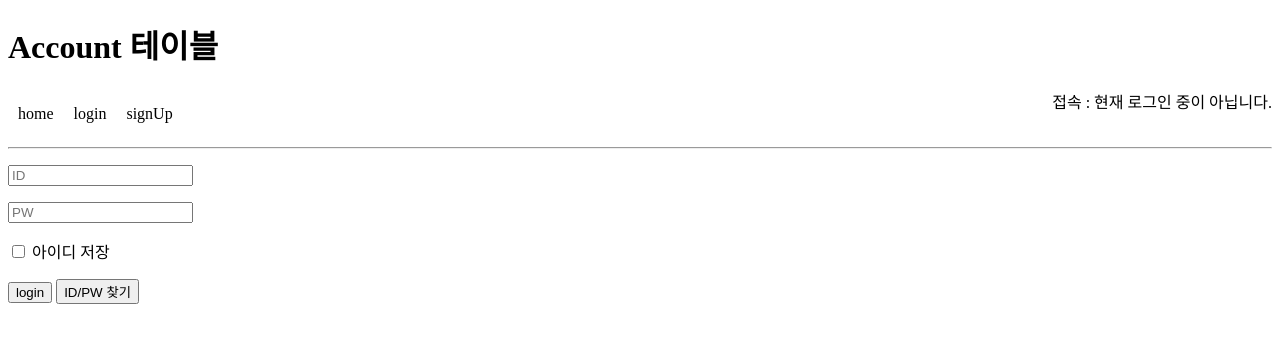
Repository: ChimmyWorld/JSP
Page: http://localhost/Day49/account/login.jsp
The author's editor kept a copy of each file at every save. The page is drawn from the files as they stood at one save, then again after the next save.
The browser window is 1280 px wide. The pictures show the whole page.
The page is served by Tomcat 9.

Above is the page before, as saved 2023-09-21 02:28:58.

### Day49/WebContent/account/login.jsp
<%@ page language="java" contentType="text/html; charset=UTF-8"
    pageEncoding="UTF-8"%>
<%@ include file="header.jsp" %>

<%
	Cookie[] cs = request.getCookies();

	String userid, save;
	userid = save = "";

	if (cs != null){
		for (int i=0; i <cs.length; i++) {
			switch(cs[i].getName()) {
			case "userid": userid = cs[i].getValue(); break;
			case "save": save = cs[i].getValue(); break;
	}
		}
	}
%>

<article>
	<form action="loginPro.jsp" method="POST">
		<p><input name="userid" placeholder="ID" value="<%=userid %>" required></p>
		<p><input name="userpw" type="password" placeholder="PW" required></p>
		<p>
			<input id= "save" name="save" type="checkbox" <%=save %>>
			<label for="save">아이디 저장</label>
		</p>

		<button>login</button>
		<a href="find.jsp">
			<button type="button">ID/PW 찾기</button>
		</a>
	</form>
</article>


</body>
</html>

### Day49/WebContent/account/header.jsp
<%@page import="beans.AccountVO"%>
<%@ page language="java" contentType="text/html; charset=UTF-8"
    pageEncoding="UTF-8"%>
<!DOCTYPE html>
<html>
<head>
<meta charset="UTF-8">
<title>Day49</title>

<link rel="stylesheet" href="../css/style.css">

</head>
<body>
	<jsp:useBean id="dao" class="model.AccountDAO"/>

	<%
		AccountVO user = (AccountVO) session.getAttribute("user");

		String login = "logout";
		String myPage = "myPage";

		if (user == null) { // Null 예외 방지
			user = new AccountVO();
			user.setNick("현재 로그인 중이 아닙니다.");

			login = "login";
			myPage= "";
		}

	%>

	<h1>Account 테이블</h1>

	<nav>
		<ul class="menu">
			<li><a href="home.jsp">home</a></li>
			<li><a href="<%=login %>.jsp"><%=login %></a></li>
			<li><a href="signUp.jsp">signUp</a></li>
			<li><a href="<%=myPage %>.jsp"><%=myPage %></a></li>
		</ul>

		<div>
			접속 : <%=user.getNick() %>
		</div>
	</nav>

	<hr>
</body>
</html>

### Day49/src/model/DAO.java
package model;

import java.sql.Connection;
import java.sql.DriverManager;
import java.sql.PreparedStatement;
import java.sql.ResultSet;
import java.sql.SQLException;
import java.sql.Statement;

public class DAO {
	protected String driver = "oracle.jdbc.driver.OracleDriver";
	protected String url = "jdbc:oracle:thin:@192.168.1.100:1521:xe";
	protected String user = "c##itbank";
	protected String password = "it";

	protected Connection conn;
	protected Statement stmt;
	protected PreparedStatement pstmt;
	protected ResultSet rs;

	public DAO() {
		try {
			Class.forName(driver);
		} catch (ClassNotFoundException e ) {
			System.out.println("생성자 예외 : " +  e.getMessage());
		}
	}
	public void close() {
		try {
			if (rs != null) rs.close();
			if (stmt != null) stmt.close();
			if (pstmt != null) pstmt.close();
			if (conn != null) conn.close();

		}catch(Exception e) {}
	}

	public String test() {
		String sql = "select banner from v$version";

		try {
			conn = DriverManager.getConnection(url, user, password);
			stmt = conn.createStatement();
			rs = stmt.executeQuery(sql);

			rs.next();

			return rs.getString("banner");

		} catch (SQLException e) {
			System.out.println("test 예외 발생: " + e.getMessage());
		} finally {
			close();
		}
		return null;
	}

}

### Day49/src/model/AccountDAO.java
package model;

import java.sql.DriverManager;
import java.sql.ResultSet;
import java.sql.SQLException;
import java.util.ArrayList;
import java.util.List;

import beans.AccountVO;

public class AccountDAO extends DAO{

	private AccountVO mapper(ResultSet rs) throws SQLException {
		AccountVO row = new AccountVO();

		row.setIdx(rs.getInt("idx"));
		row.setEmail(rs.getString("email"));
		row.setNick(rs.getString("nick"));
		row.setUserid(rs.getString("userid"));
		row.setUserpw(rs.getString("userpw"));
		row.setJoin_date(rs.getDate("join_date"));

		return row;
	}

	public List<AccountVO> selectAll() {
		String sql = "select * from account order by idx desc";

		try {
			conn = DriverManager.getConnection(url, user, password);
			stmt = conn.createStatement();
			rs = stmt.executeQuery(sql);

			List<AccountVO> list = new ArrayList<>();

			while (rs.next()) {
				AccountVO row = mapper(rs);
				list.add(row);
			}

			return list;
		} catch (SQLException e ) {
			System.err.println("selectAll 예외:" +  e.getMessage());
		} finally {
			close();
		}

		return null;
	}

	public AccountVO selectOne(AccountVO input){
		String sql = "select * "
				+ "from account where "
				+ "userid = ? "
				+ "and userpw = ?";



		try {
			conn = DriverManager.getConnection(url, user, password);
			pstmt = conn.prepareStatement(sql);

			pstmt.setString(1, input.getUserid());
			pstmt.setString(2, input.getUserpw());
			//set 자료형 (index, 데이터);

			rs = pstmt.executeQuery();
			rs.next();

			AccountVO row = mapper(rs);

			return row;

		} catch (SQLException e) {
			System.err.println("selectOne 예외:" + e.getMessage());
		} finally {
			close();
		}


		return null;
	}

	public int insert(AccountVO acc) {
		String sql = "insert into account values(default, "
				+ "?, ?, ?, ? , default) ";

		try {
			conn = DriverManager.getConnection(url, user, password);
			pstmt = conn.prepareStatement(sql);

			pstmt.setString(1, acc.getUserid());
			pstmt.setString(2, acc.getUserpw());
			pstmt.setString(3, acc.getNick());
			pstmt.setString(4, acc.getEmail());

			int row = pstmt.executeUpdate();

			return row;
		} catch (SQLException e) {
			System.err.println("insert 예외 발생" + e.getMessage());
		} finally {
			close();
		}

		return 0;
	}

	public int delete(int idx) {
		try {
			String sql = "delete from account where idx = ?";

			conn = DriverManager.getConnection(url, user, password);
			pstmt = conn.prepareStatement(sql);

			pstmt.setInt(1, idx);
			int row = pstmt.executeUpdate();

			return row;

		} catch (SQLException e ) {
			System.err.println("delete 예외 " + e.getMessage());
		} finally {
			close();
		}

		return 0;
	}

	public int update(AccountVO input) {

		String sql = "update account "
						+ "set "
							+ "userpw = ?, email = ? "
						+ "where idx = ?";

		try {
			conn = DriverManager.getConnection(url, user, password);
			pstmt = conn.prepareStatement(sql);

			pstmt.setString(1, input.getUserpw());
			pstmt.setString(2, input.getEmail());
			pstmt.setInt(3, input.getIdx());

			return pstmt.executeUpdate();

		} catch (SQLException e) {
			System.out.println("update 예외 : " + e.getMessage());

		} finally {
			close();
		}

		return 0;
	}
}

### Day49/src/beans/AccountVO.java
package beans;
/*
 IDX       NOT NULL NUMBER
USERID    NOT NULL VARCHAR2(20)
USERPW    NOT NULL VARCHAR2(20)
NICK      NOT NULL VARCHAR2(100)
EMAIL     NOT NULL VARCHAR2(100)
JOIN_DATE          DATE
 */

import java.sql.Date;

public class AccountVO {
	private int idx;
	private String userid;
	private String userpw;
	private String nick;
	private String Email;
	private Date join_date;
	public int getIdx() {
		return idx;
	}
	public void setIdx(int idx) {
		this.idx = idx;
	}
	public String getUserid() {
		return userid;
	}
	public void setUserid(String userid) {
		this.userid = userid;
	}
	public String getUserpw() {
		return userpw;
	}
	public void setUserpw(String userpw) {
		this.userpw = userpw;
	}
	public String getNick() {
		return nick;
	}
	public void setNick(String nick) {
		this.nick = nick;
	}
	public String getEmail() {
		return Email;
	}
	public void setEmail(String email) {
		Email = email;
	}
	public Date getJoin_date() {
		return join_date;
	}
	public void setJoin_date(Date join_date) {
		this.join_date = join_date;
	}





}

### Day49/WebContent/css/style.css
@charset "UTF-8";
a{
	color: inherit;
	text-decoration: none;
}
nav {
	display: flex;
	justify-content: space-between;
}
.menu {
	list-style: none;
	padding: 0;
	display: flex;
}
.menu > li {
	margin: 0 10px;
}
.accounts{
	border-collapse: collapse;
}
.accounts th, .accounts td {
	border: 1px solid #a0a0a0;
	padding: 5px 10px;
}

After the next save:
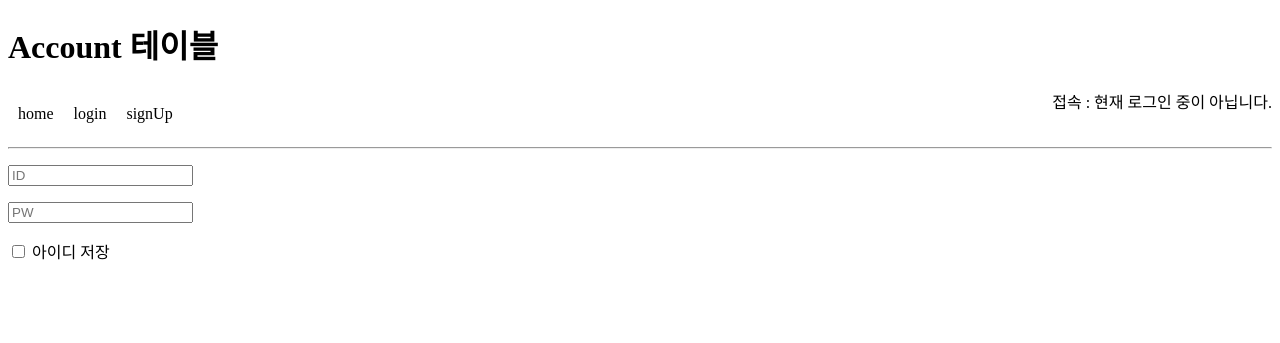
Saved 14 s later.
--- a/Day49/WebContent/account/login.jsp
+++ b/Day49/WebContent/account/login.jsp
@@ -26,11 +26,6 @@
 			<input id= "save" name="save" type="checkbox" <%=save %>>
 			<label for="save">아이디 저장</label>
 		</p>
-
-		<button>login</button>
-		<a href="find.jsp">
-			<button type="button">ID/PW 찾기</button>
-		</a>
 	</form>
 </article>
 
